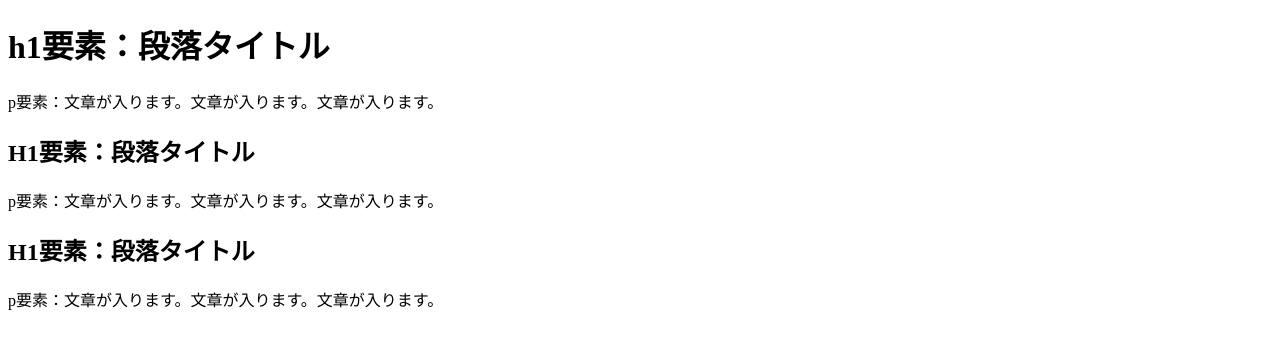
Repository: 0keiji0/samurai_HTML-CSS
Page: index2.html
The author's editor kept a record of every edit. The page is drawn from the files as they stood at one moment, then again after the next edit.
The browser window is 1280 px wide. The pictures show the whole page.

Above is the page before.

After the next edit:
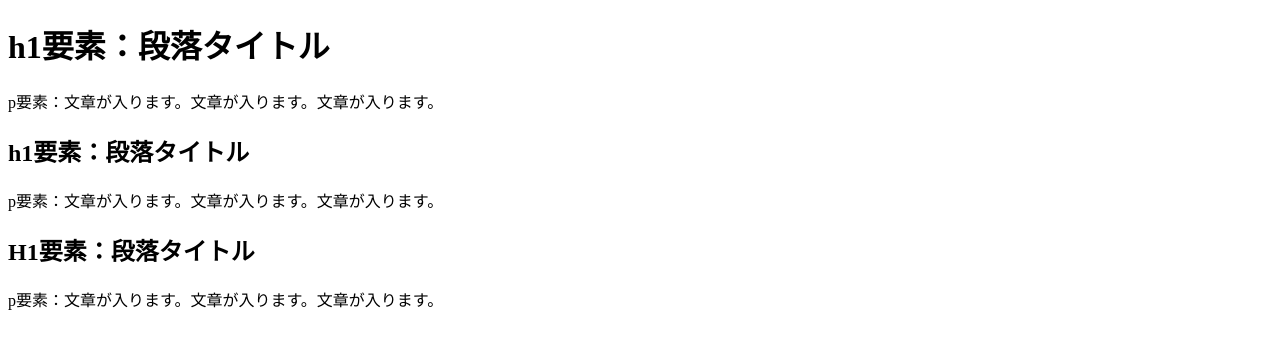
The edit:
--- a/index2.html
+++ b/index2.html
@@ -9,7 +9,7 @@
 <body>
 <h1>h1要素：段落タイトル</h1>
 <p>p要素：文章が入ります。文章が入ります。文章が入ります。</p>
-<h2>H1要素：段落タイトル</h2>
+<h2>h1要素：段落タイトル</h2>
 <p>p要素：文章が入ります。文章が入ります。文章が入ります。</p>
 <h2>H1要素：段落タイトル</h2>
 <p>p要素：文章が入ります。文章が入ります。文章が入ります。</p>
